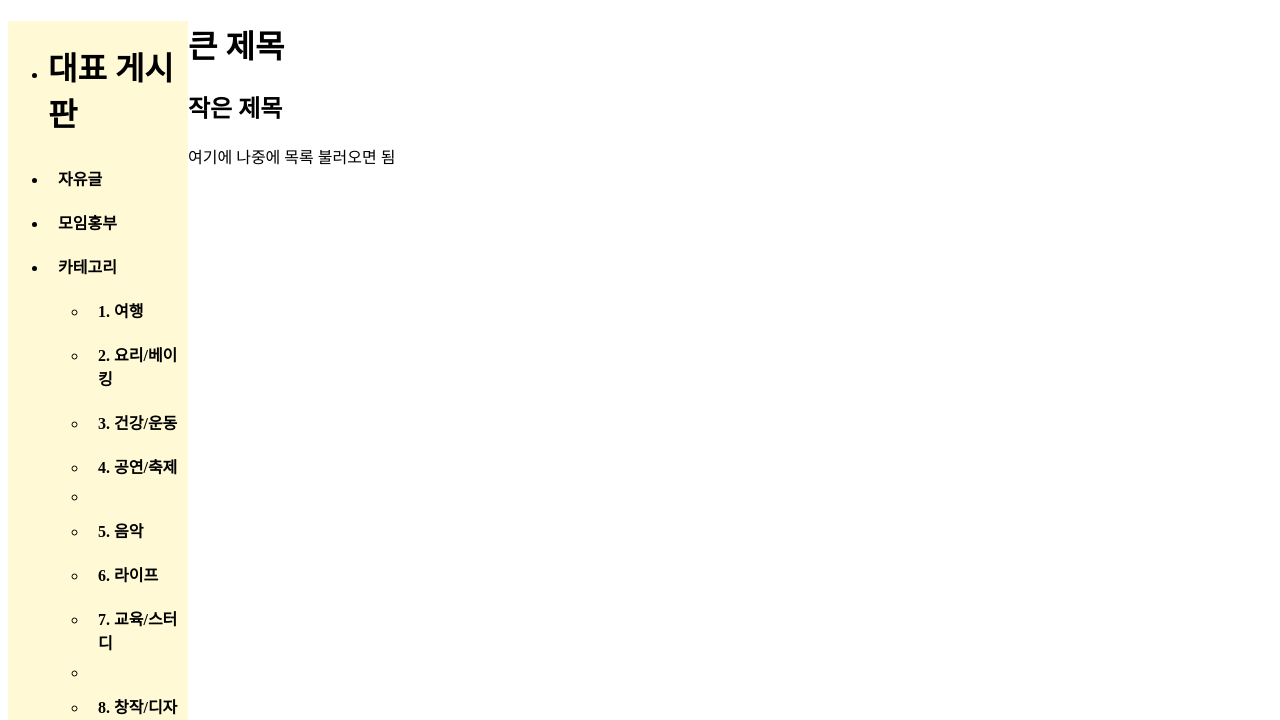
Repository: hyodii/FinalProject
Page: http://localhost/ViewPage/mainSideTab.jsp
An editor plug-in stored every save of this project. The page is shown before and after the next save, followed by the edit.
The browser window is 1280 px wide. The pictures show the whole page.
The page is served by Tomcat 9.

Above is the page before, as saved 2021-12-03 11:08:34.

### ViewPage/WebContent/mainSideTab.jsp
<%@ page language="java" contentType="text/html; charset=UTF-8"
	pageEncoding="UTF-8"%>
<!DOCTYPE html>
<html>
<head>
<meta charset="UTF-8">
<title>mainSideTab.jsp</title>
<style type="text/css">
.sidebardiv
{
	list-style-type: none;
	padding: 0px;
	margin: 0px;
	width: 25vh;
	background: #FFFAD5;
	height: 100%;
	overflow: auto;
	position: fixed;
}

.sidebardiv a
{
	text-decoration: none;
	padding: 10px;
	display: block;
	color: #000;
	font-weight: bold;
}

.sidebar li a:hover
{
	background: #ffd34e;
	color: #fff;
}

/* 나중에 여기에 내용 적을 때 적용 css */
.cd1
{
	margin-left: 25vh;
}
</style>

</head>
<body>

	<div class="sidebardiv ">
		<ul class="sidebar">
			<li><h1>대표 게시판</h1></li>
			<li><a href="#">자유글</a></li>
			<li><a href="#">모임홍부</a></li>
			<li><a href="#">카테고리</a>
				<ul class="subSidebar">
					<li><a href="#">1. 여행</a></li>
					<li><a href="#">2. 요리/베이킹</a></li>
					<li><a href="#">3. 건강/운동</a></li>
					<li><a href="#">4. 공연/축제</a></li>
					<li><a href="#"></a></li>
					<li><a href="#">5. 음악</a></li>
					<li><a href="#">6. 라이프</a></li>
					<li><a href="#">7. 교육/스터디</a></li>
					<li><a href="#"></a></li>
					<li><a href="#">8. 창작/디자인</a></li>
					<li><a href="#">9. 사진/영상</a></li>
					<li><a href="#">10. 게임/오락</a></li>
					<li><a href="#">11. 자유주제</a></li>
				</ul></li>
		</ul>
	</div>



	<div class="cd1">
		<h1>큰 제목</h1>
		<h2>작은 제목</h2>
		<p>여기에 나중에 목록 불러오면 됨</p>


	</div>

</body>
</html>

After the next save:
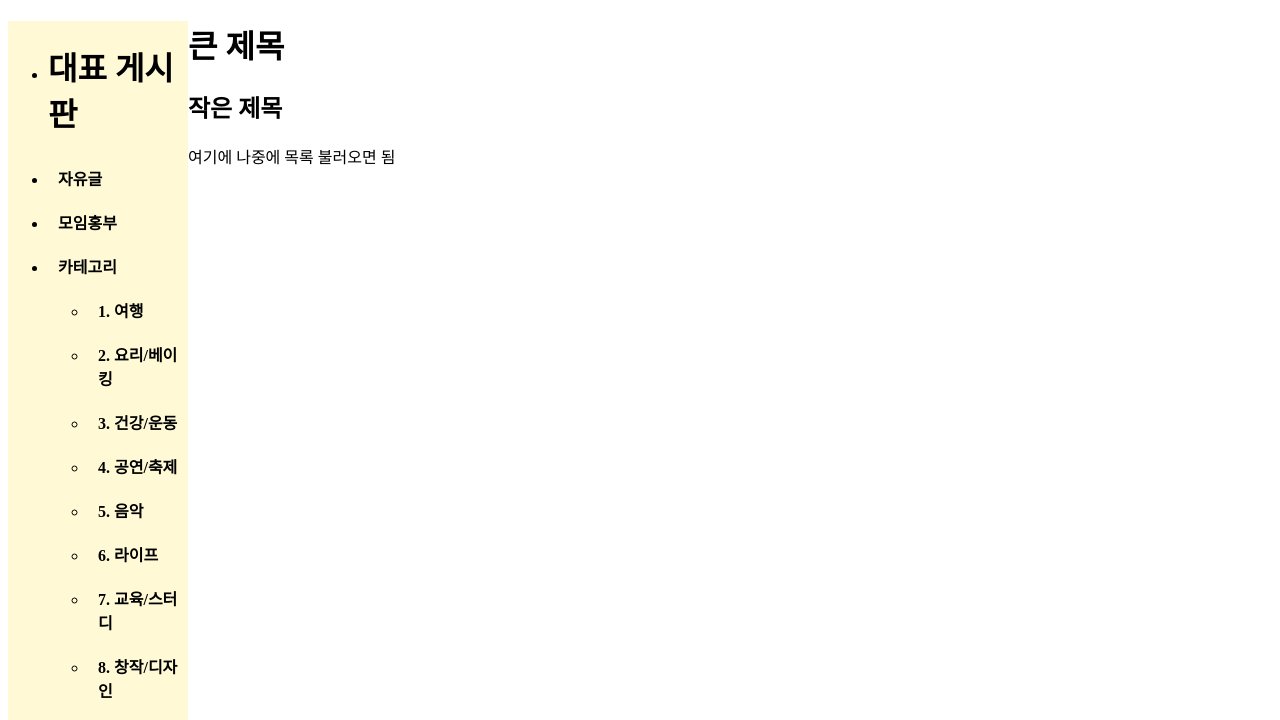
Saved 13 s later.
--- a/ViewPage/WebContent/mainSideTab.jsp
+++ b/ViewPage/WebContent/mainSideTab.jsp
@@ -54,11 +54,9 @@
 					<li><a href="#">2. 요리/베이킹</a></li>
 					<li><a href="#">3. 건강/운동</a></li>
 					<li><a href="#">4. 공연/축제</a></li>
-					<li><a href="#"></a></li>
 					<li><a href="#">5. 음악</a></li>
 					<li><a href="#">6. 라이프</a></li>
 					<li><a href="#">7. 교육/스터디</a></li>
-					<li><a href="#"></a></li>
 					<li><a href="#">8. 창작/디자인</a></li>
 					<li><a href="#">9. 사진/영상</a></li>
 					<li><a href="#">10. 게임/오락</a></li>
